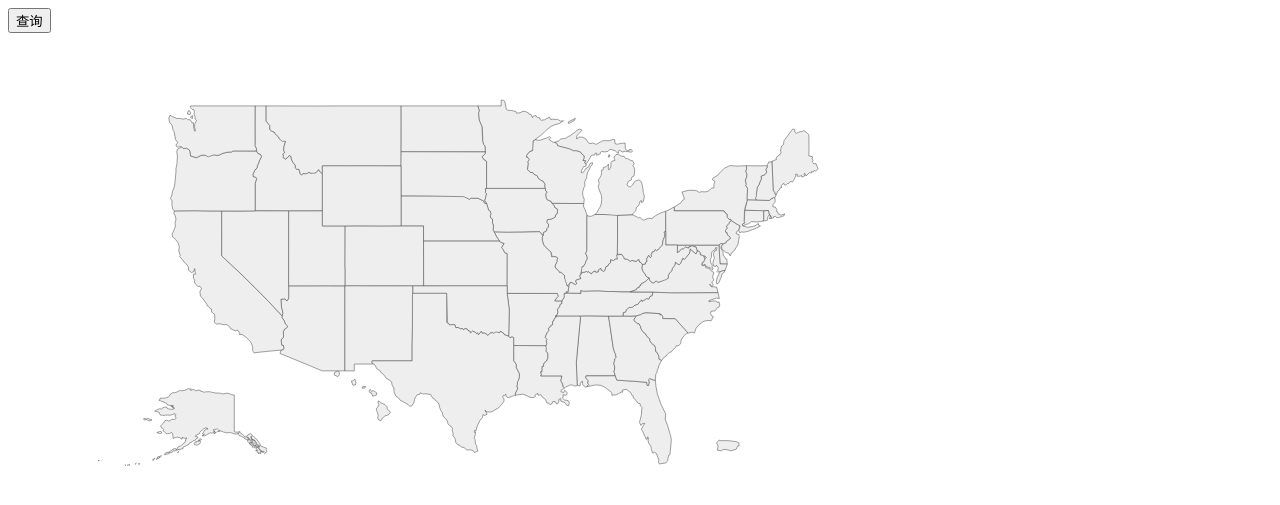
Repository: sophieyuan7499/Java_project
Page: http://localhost/gunviolence/map
An editor plug-in stored every save of this project. The page is shown before and after the next save, followed by the edit.
The browser window is 1280 px wide. The pictures show the whole page.
The page is served by Tomcat 9. Other server files are loaded and not shown.

Above is the page before, as saved 2020-04-02 11:03:22.

### gunviolence/WebContent/map.jsp
<%@ page language="java" contentType="text/html; charset=UTF-8"
    pageEncoding="UTF-8"%>
<!DOCTYPE html>
<html>
<head>
<meta charset="UTF-8">
<script type="text/javascript" src="js/echarts.min.js"></script>
<script type="text/javascript" src="js/jquery-1.11.0.min.js"></script>
<script type="text/javascript" src="js/USA.js"></script>
<title>地图</title>
</head>
<body>
<button id="btn">查询 </button>
<div id="main" style="width: 900px;height:500px;"></div>
<script type="text/javascript">
$(function(){
var mapChart = echarts.init(document.getElementById('main'));

var option = {
		geo: {
	      	map: '美国'
	  	},
	  	tooltip:{
			trigger:'item',
			formatter:function(params){

					 return "死伤人数共："+params.data[2]


			}
			},
		series:[
		{
			type:'scatter',
			coordinateSystem:'geo',
			symbol:'circle',
			symbolSize:5,
			data:[]
		}
		]
	};

mapChart.setOption(option);
var datas=[];
$("#btn").click(function(){
	$.ajax({
		type:"post",
		url:"map",
		async:false,
		success:function(data) {
			var arr=eval("("+data+")");
			$.each(arr,function(map,item){
				var longitude=item.longitude;
				var latitude=item.latitude;
				var injuredandkilled=item.injuredandkilled;
				datas.push([longitude,latitude,injuredandkilled]);
			});
			mapChart.setOption({	series:[{data:datas	}]	});
		}

	});
});
});




</script>
</body>
</html>

### gunviolence/src/gunviolence/servlet/map.java
package gunviolence.servlet;

import java.io.IOException;
import java.io.PrintWriter;
import java.lang.reflect.Type;
import java.sql.SQLException;
import java.util.List;

import javax.servlet.ServletException;
import javax.servlet.annotation.WebServlet;
import javax.servlet.http.HttpServlet;
import javax.servlet.http.HttpServletRequest;
import javax.servlet.http.HttpServletResponse;

import com.google.gson.Gson;
import com.google.gson.reflect.TypeToken;

import gunviolence.dao.gunviolenceDao;
import gunviolence.daoimpl.gunviolenceDaoImpl;
import gunviolence.model.gunviolence;


/**
 * Servlet implementation class map
 */
@WebServlet("/map")
public class map extends HttpServlet {
	private static final long serialVersionUID = 1L;

    /**
     * @see HttpServlet#HttpServlet()
     */
    public map() {
        super();
        // TODO Auto-generated constructor stub
    }

	/**
	 * @see HttpServlet#doGet(HttpServletRequest request, HttpServletResponse response)
	 */
	protected void doGet(HttpServletRequest request, HttpServletResponse response) throws ServletException, IOException {
		// TODO Auto-generated method stub
		request.getRequestDispatcher("/map.jsp").forward(request, response);
	}

	/**
	 * @see HttpServlet#doPost(HttpServletRequest request, HttpServletResponse response)
	 */
	protected void doPost(HttpServletRequest request, HttpServletResponse response) throws ServletException, IOException {
		// TODO Auto-generated method stub
		gunviolenceDao gvs=new gunviolenceDaoImpl();
		List<gunviolence> gvmapList=null;
			try {
				gvmapList=gvs.getMap();
			} catch (SQLException e) {
				// TODO Auto-generated catch block
				e.printStackTrace();
			}

		Gson g=new Gson();
		Type t=new TypeToken<List<gunviolence>>() {}.getType();
		String str=g.toJson(gvmapList,t);
		System.out.println(str);
		PrintWriter pw=response.getWriter();
		pw.print(str);
		pw.close();
	}

}

Loaded but not shown: gunviolence/WebContent/js/echarts.min.js (library); gunviolence/WebContent/js/jquery-1.11.0.min.js (library); gunviolence/WebContent/js/USA.js (library)

After the next save:
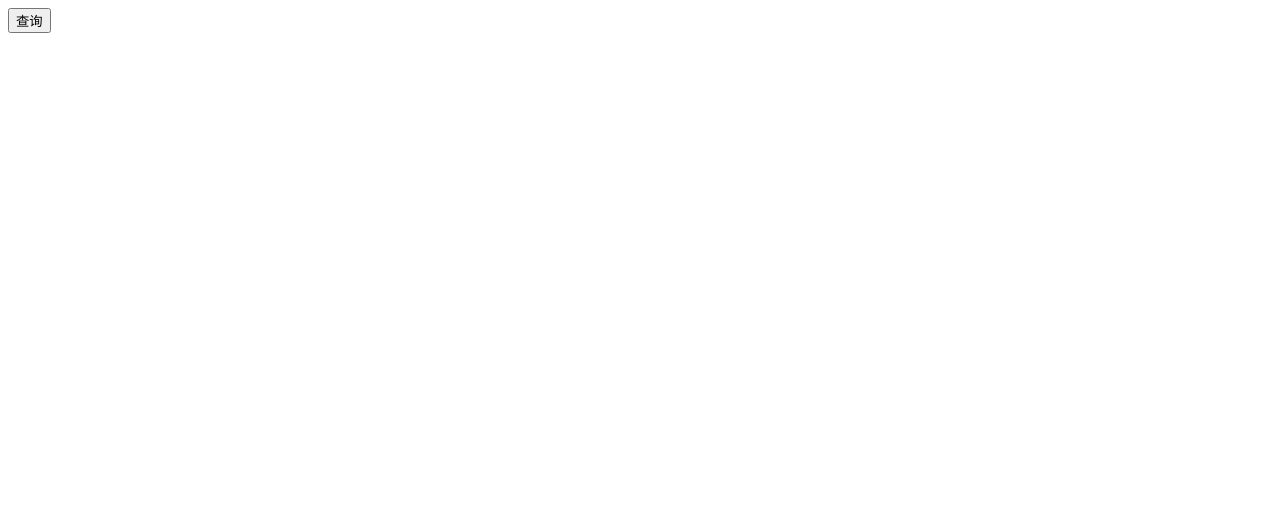
Console error: SyntaxError: Unexpected identifier 'data'
Saved 111 s later.
--- a/gunviolence/WebContent/map.jsp
+++ b/gunviolence/WebContent/map.jsp
@@ -34,7 +34,10 @@
 			type:'scatter',
 			coordinateSystem:'geo',
 			symbol:'circle',
-			symbolSize:5,
+			symbolSize:function(val){
+				return val[2]/10;
+			},
+			}
 			data:[]
 		}
 		]

After the save that followed:
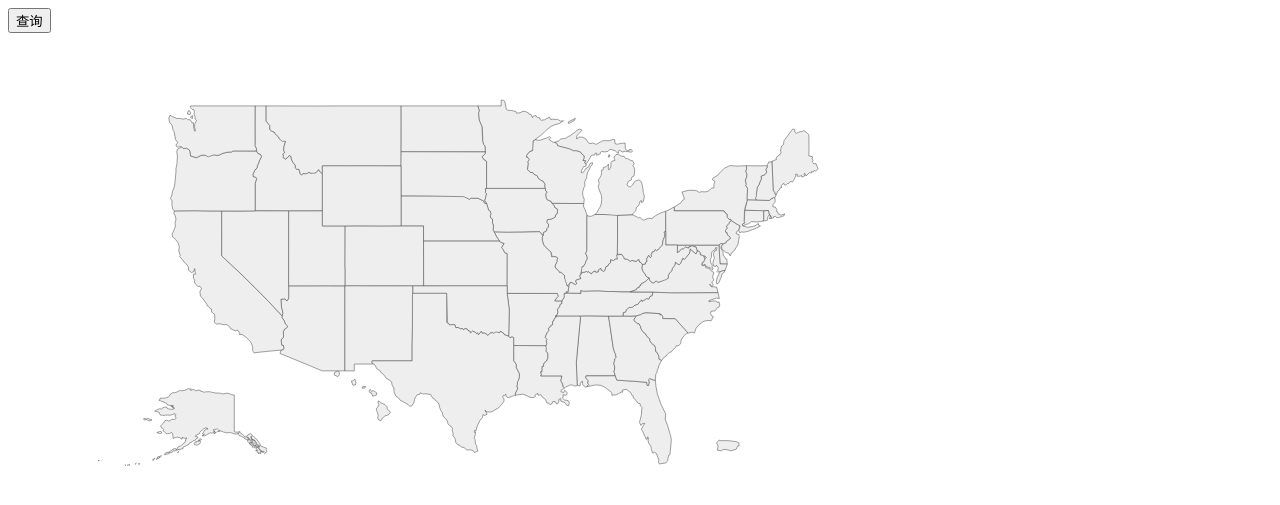
The error is gone.
Saved 69 s later.
--- a/gunviolence/WebContent/map.jsp
+++ b/gunviolence/WebContent/map.jsp
@@ -37,7 +37,6 @@
 			symbolSize:function(val){
 				return val[2]/10;
 			},
-			}
 			data:[]
 		}
 		]
